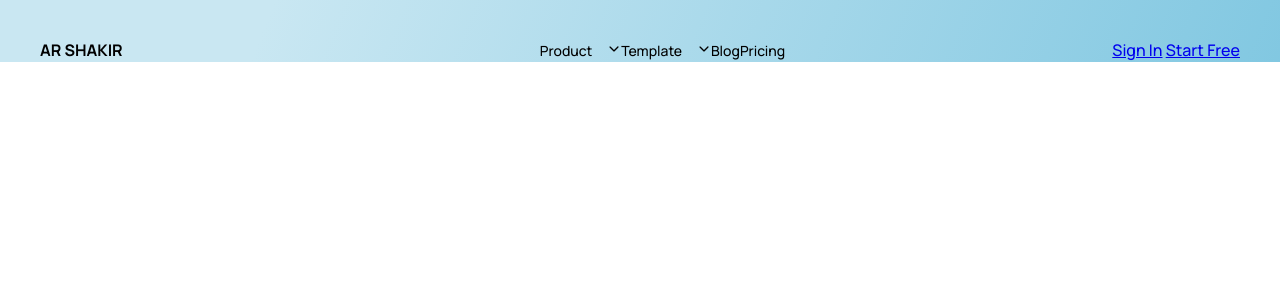
Repository: duongdori/ARShakir
Page: index.html
An editor plug-in stored every save of this project. The page is shown before and after the next save, followed by the edit.
The browser window is 1280 px wide. The pictures show the whole page.

Above is the page before, as saved 2022-04-01 22:26:42.

After the next save:
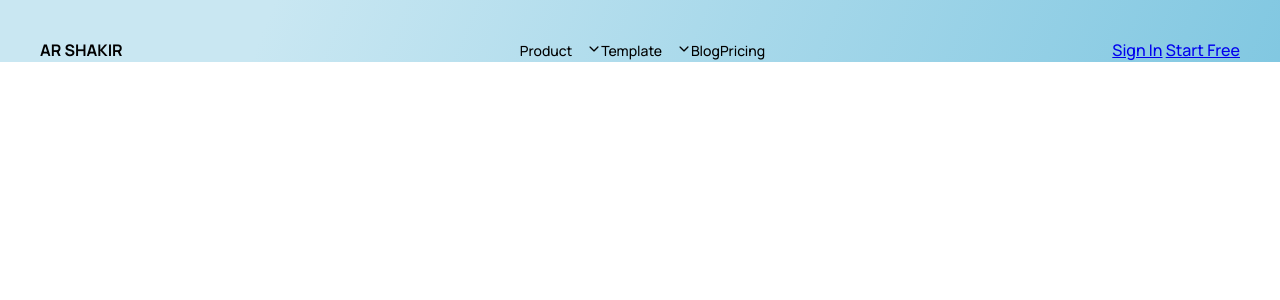
Saved 11 s later.
--- a/assets/css/main.css
+++ b/assets/css/main.css
@@ -71,7 +71,7 @@ body {
 .header-menu{
     display:flex;
     align-items: center;
-    margin-left: 50px;
+    padding-left: 50px;
     list-style: none;
     font-weight: 500;
     font-size: 14px;
